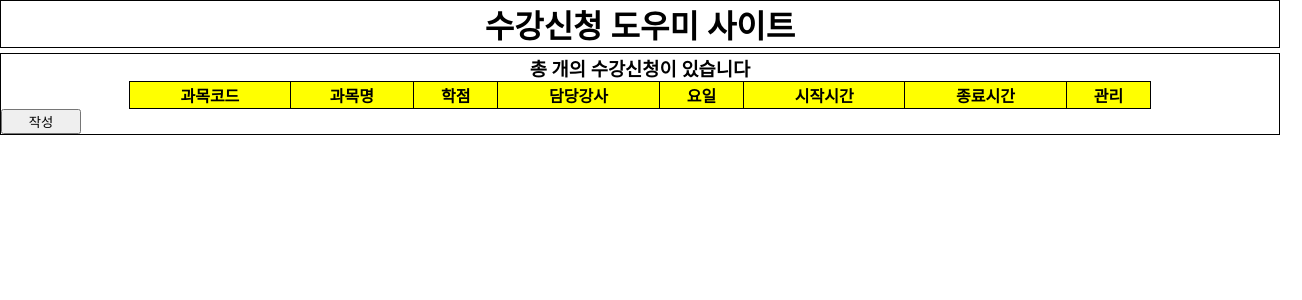
Repository: Tor1a/SpringSet
Page: http://localhost/practice02/WEB-INF/views/home.jsp
These files come from the project's save history. The page is drawn as it stood at one moment and after the next save; the edit follows.
The browser window is 1280 px wide. The page is 1280 px wide, then 1302 px, so the pictures cover 1302 px, including what lies to the right of the window. The pictures show the whole page.
The page is served by Tomcat 9. Nobody is signed in. Other server files are loaded and not shown. The template is opened directly, without the code that normally fills it, so the values that code supplies are empty.

Above is the page before, as saved 2022-04-15 00:15:53.

### practice02/src/main/webapp/WEB-INF/views/home.jsp
<%@ page language="java" contentType="text/html; charset=UTF-8"
	pageEncoding="UTF-8"%>
<%@ taglib prefix="c" uri="http://java.sun.com/jsp/jstl/core"%>
<%@ taglib prefix="fmt" uri="http://java.sun.com/jsp/jstl/fmt"%>




<!DOCTYPE html>
<html>
<head>
<meta charset="UTF-8">
<script src="../js/jquery-3.6.0.min.js"></script>
<link rel="stylesheet"
	href="${pageContext.request.contextPath}/resources/css/home.css">
<script
	src="${pageContext.request.contextPath}/resources/js/course/home.js"></script>

<title>수강신청 도우미 사이트</title>
</head>
<body>

	<div id="wrapper">

		<h1 class="title">수강신청 도우미 사이트</h1>

		<div id="content">
			<h3 class="total">총 ${total}개의 수강신청이 있습니다</h3>

		<table class="liTb">
			<thead>
				<th>과목코드</th>
				<th>과목명</th>
				<th>학점</th>
				<th>담당강사</th>
				<th>요일</th>
				<th>시작시간</th>
				<th>종료시간</th>
				<th>관리</th>
			</thead>

			<c:forEach var="vo" items="${list}">
				<tr>
					<td>${vo.crId}</td>
					<td>${vo.crName}</td>
					<td>${vo.credit}</td>
					<td>${vo.lec_name}</td>
					<td>${vo.crWeek}</td>
					<td><c:if test="${vo.start_hour < 1000}">
							0${vo.start_hour}
						</c:if> <c:if test="${vo.start_hour >= 1000}">
							${vo.start_hour}
						</c:if></td>
					<td>${vo.end_end}</td>
					<td><a href="updateCourseForm.do?crId=${vo.crId}">수정</a> /<a
						href="deleteCourse.do?crId=${vo.crId}">삭제</a></td>
				</tr>
			</c:forEach>
		</table>
		<button id="add" onclick="add()">작성</button>
		</div>
	</div>



</body>
</html>

### practice02/src/main/webapp/resources/css/home.css
@charset "UTF-8";

body, h1, h2, h3, h4, h5, p, ul, li, ol, dd, dt, dl { padding: 0; margin: 0; }

ul {list-style: none;}

a:hover{text-decoration: none;}

body{width: auto; hight: auto;}

#container {display: flex; flex-direction: column;  width: 100%; height: 100%; border: 1px solid black; padding: 10px;}

#content {display:flex; flex-direction: column; justify-content: center; border: 1px solid black;}

#add {display: flex;   width: 80px; hight: 30px; justify-content: center; flex-direction: row-reverse;}

.liTb {margin: auto; border-collapse: collapse; border: 1px solid black; width: 80%;}

.title{display:flex;  flex-direction:row; justify-content:center;  text-align: center; border: 1px solid black; margin-bottom: 5px;}
.total {text-align: center;}



th {text-align: center; border: 1px solid black; background-color: yellow;}
td {text-align: center; border: 1px solid black;}

### practice02/src/main/webapp/resources/js/course/home.js
var crId = document.getElementById('vo.crId');

function deleteBtn(crId){
	if(confirm("삭제 하시겠습니까?")){
		var form = document.getElementById('delCourse');
		form.action = 'deleteCourseForm.do?crId='+crId;
		form.method = "GET";
		form.submit();

		return true;
	}else{

		return false;
	}
}


function add(){
	location.href = "courseAddForm.do";
}

Loaded but not shown: practice02/src/main/webapp/resources/js/jquery-3.6.0.min.js (library)

After the next save:
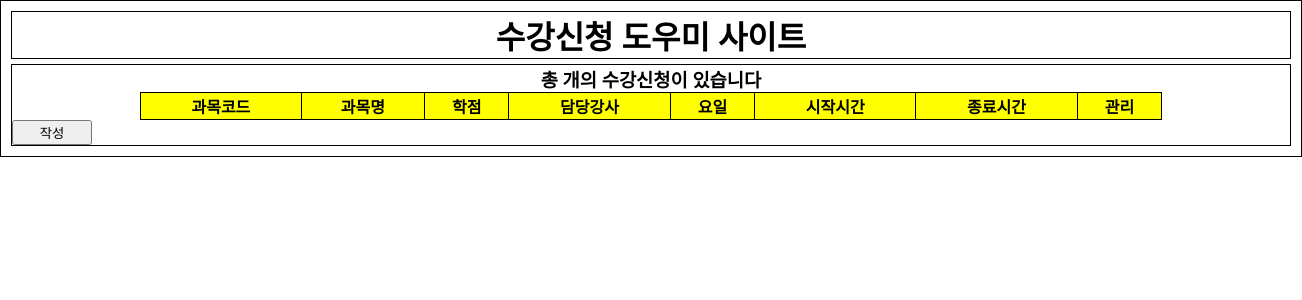
Saved 31 s later.
--- a/practice02/src/main/webapp/WEB-INF/views/home.jsp
+++ b/practice02/src/main/webapp/WEB-INF/views/home.jsp
@@ -20,7 +20,7 @@
 </head>
 <body>
 
-	<div id="wrapper">
+	<div id="container">
 
 		<h1 class="title">수강신청 도우미 사이트</h1>
 
